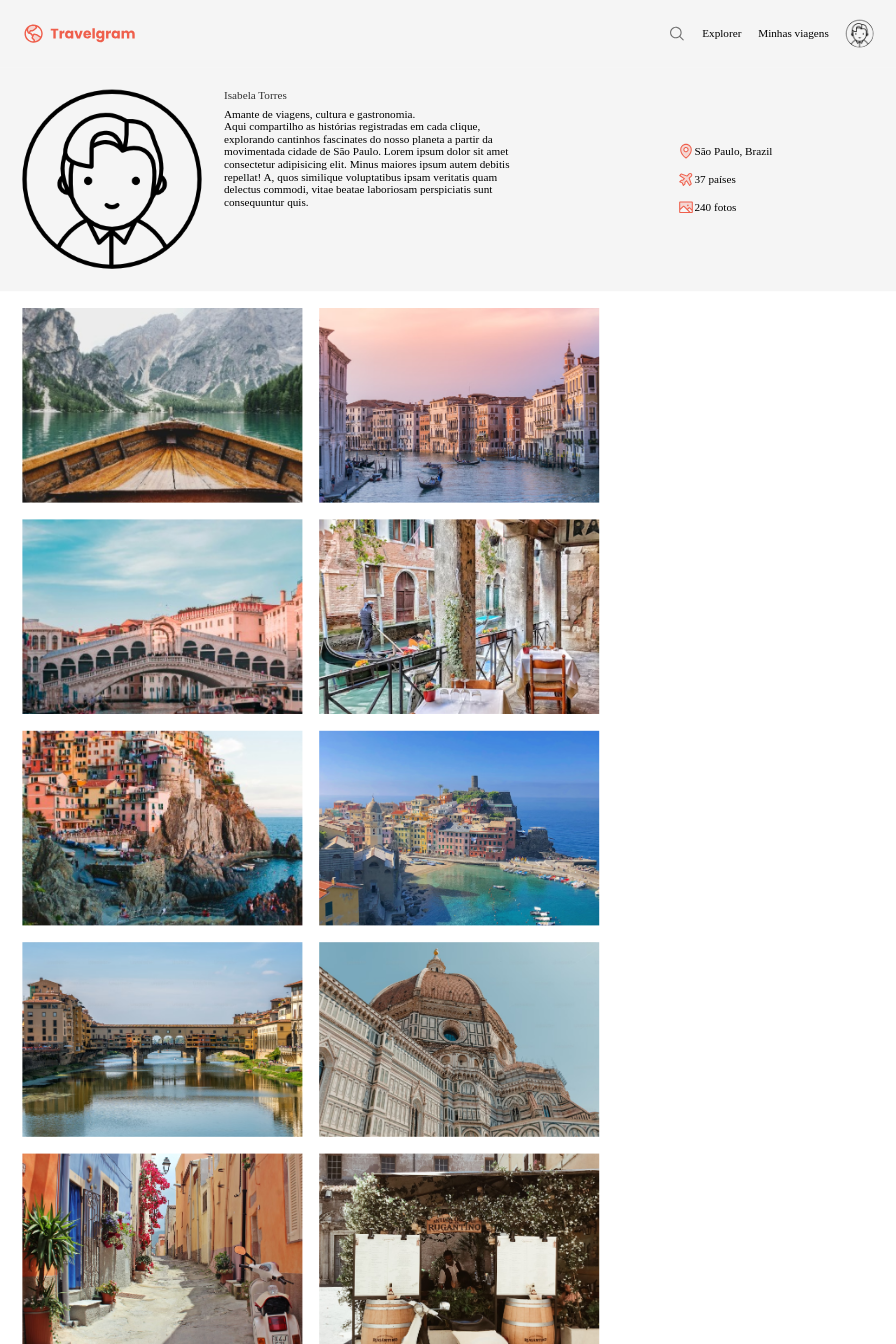
Repository: JeffRodFer/projeto-Travelgran-Rockeseat
Page: index.html
These files come from the project's save history. The page is drawn as it stood at one moment and after the next save; the edit follows.
The browser window is 1280 px wide. The pictures show the part of the page from y = 0 to 1920 px (the page is 2856 px tall before and 3832 px after), at 70% of full size.

Above is the page before, as saved 2025-03-22 16:58:38.

### index.html
<!DOCTYPE html>
<html lang="pt-br">
    <head>

        <link rel="preconnect" href="https://fonts.googleapis.com">
        <link rel="preconnect" href="https://fonts.gstatic.com" crossorigin>
        <meta charset="UTF-8">
        <meta name="viewport" content="width=device-width, initial-scale=1.0">
        <title>travelgran | Perfil de viagens</title>
        <link rel="stylesheet" href="styles/index.css">
        <link href="https://fonts.googleapis.com/css2?family=Bree+Serif&family=Poppins:wght@400;700&display=swap" rel="stylesheet">

    </head>
    <body>
         <div class="bg-surface-color">
                <nav class="container">
                        <a href="#" id="logo">
                        <img src="assets/Logo.svg" alt="logomarca">
                        </a>
                    <ul id="primary-menu">
                        <li>
                            <a href="#">
                                <img src="assets/icons/MagnifyingGlass.svg" alt="ícone de lupa">
                            </a>
                        </li>
                        <li><a href="#">Explorer</a></li>
                        <li><a href="#">Minhas viagens</a></li>
                        <li><a href="#">
                            <img src="assets/profi-pic-2.png" alt="foto de perfil do boy">
                            </a>
                        </li>
                    </ul
                    </nav>
         </div>
         <div class="bg-surface-color">
                <header>
                    <div class="container">
                        <div id="profile">
                            <img src="assets/profi-pic-2.png" alt="imagem do boy">
                             <div>
                                    <h1>Isabela Torres</h1>
                                    <p>
                                        Amante de viagens, cultura e gastronomia.<br> Aqui compartilho as histórias registradas em cada clique, explorando cantinhos fascinates do nosso planeta a partir da movimentada cidade de São Paulo. Lorem ipsum dolor sit amet consectetur adipisicing elit. Minus maiores ipsum autem debitis repellat! A, quos similique voluptatibus ipsam veritatis quam delectus commodi, vitae beatae laboriosam perspiciatis sunt consequuntur quis.
                                    </p>
                             </div>
                        </div>
                            <ul id="info">
                                <li>
                                    <img src="assets/icons/MapPin.svg" alt="ícone de mapa">
                                    <span>São Paulo, Brazil</span>
                                </li>
                                <li>
                                    <img src="assets/icons/AirplaneTilt.svg" alt="ícone de avião">
                                    <span>37 países</span>
                                </li>
                                <li>
                                    <img src="assets/icons/Image.svg" alt="ícone de fotos">
                                    <span>240 fotos</span>
                                </li>
                            </ul>
                    </div>
                </header>
        </div>
        <main class="container">
            <img src="assets/images/Image 01.png" alt="...">
            <img src="assets/images/Image 02.png" alt="...">
            <img src="assets/images/Image 03.png" alt="...">
            <img src="assets/images/Image 04.png" alt="...">
            <img src="assets/images/Image 05.png" alt="...">
            <img src="assets/images/Image 06.png" alt="...">
            <img src="assets/images/Image 07.png" alt="...">
            <img src="assets/images/Image 08.png" alt="...">
            <img src="assets/images/Image 09.png" alt="...">
            <img src="assets/images/Image 10.png" alt="...">
            <img src="assets/images/Image 11.png" alt="...">
            <img src="assets/images/Image 12.png" alt="...">
            <img src="assets/images/Image 13.png" alt="...">
            <img src="assets/images/Image 14.png" alt="...">
            <img src="assets/images/Image 15.png" alt="...">
        </main>
    </body>


</html>

### styles/global.css
* {
    margin: 0;
    padding: 0;
    box-sizing: border-box;
}
:root {
--brand-color: #ef5f4c;
--background-color: #ffffff;
--surface-color: #f5f5f5;
--skeleton-color: #d9d9d9;
--shape-transparent: #ffffff8f;
--text-color-primary: #313131;
--text-color-secondary: #6c6c6c:

--font-family: "Poppins" , sans-serif;
--text-lg: bold 32px/125% var(--font-family);
--text: 16px/1.5 var(--font-family);
--text-md: 14px/170% var(--font-family);
--text-sm: 12px/170% var(--font-family);

}
body {
    font: var(--text);
    color: var(--text-color-secondary);
    background-color: var(--background-color);
}
a {
    text-decoration: none;
    color: inherit;
}
a:hover {
    color: var(--brand-color);
    text-decoration: underline;
}

.container {
    padding-inline: 32px;
    margin-inline: auto;
}

.bg-surface-color {
    background-color: var(--surface-color);
}

### styles/nav.css
nav {
    display: flex;
    justify-content: space-between;
    align-items: center;

    line-height: 0;
    padding-block: 20px;

}

nav ul {
    display: flex;
    list-style: none;
    align-items: center;
    gap: 24px;

    padding-block: 8px;;
}

nav ul li:last-child img {
    width: 40px;
    height: 40px;
    object-fit: cover;
    border-radius: 50%;
}

### styles/header.css
header {
    padding-block: 32px;

    font: var(--text-md);

}

header .container {
    display: flex;
    justify-content: space-between;
    align-items: center;
}

#profile {
    display: flex;
    gap: 32px;
}

#profile > div {
    max-width: 420px;
}

#profile h1 {
    font: var(--text-lg);
    color: var(--text-color-primary);
    margin-bottom: 8px;
}

#info {
    display: flex;
    flex-direction: column;
    gap: 16px;

    width: 280px;
}
#info li {
    display: flex;
    align-items: center;
}

### styles/main.css
main {
    display: flex;
    flex-wrap: wrap;
    gap: 24px;
    padding-block: 24px;

}
main img {
    width: 400px;
    height: 278px;
    object-fit: cover;

}

Loaded but not shown: styles/index.css (common file)

After the next save:
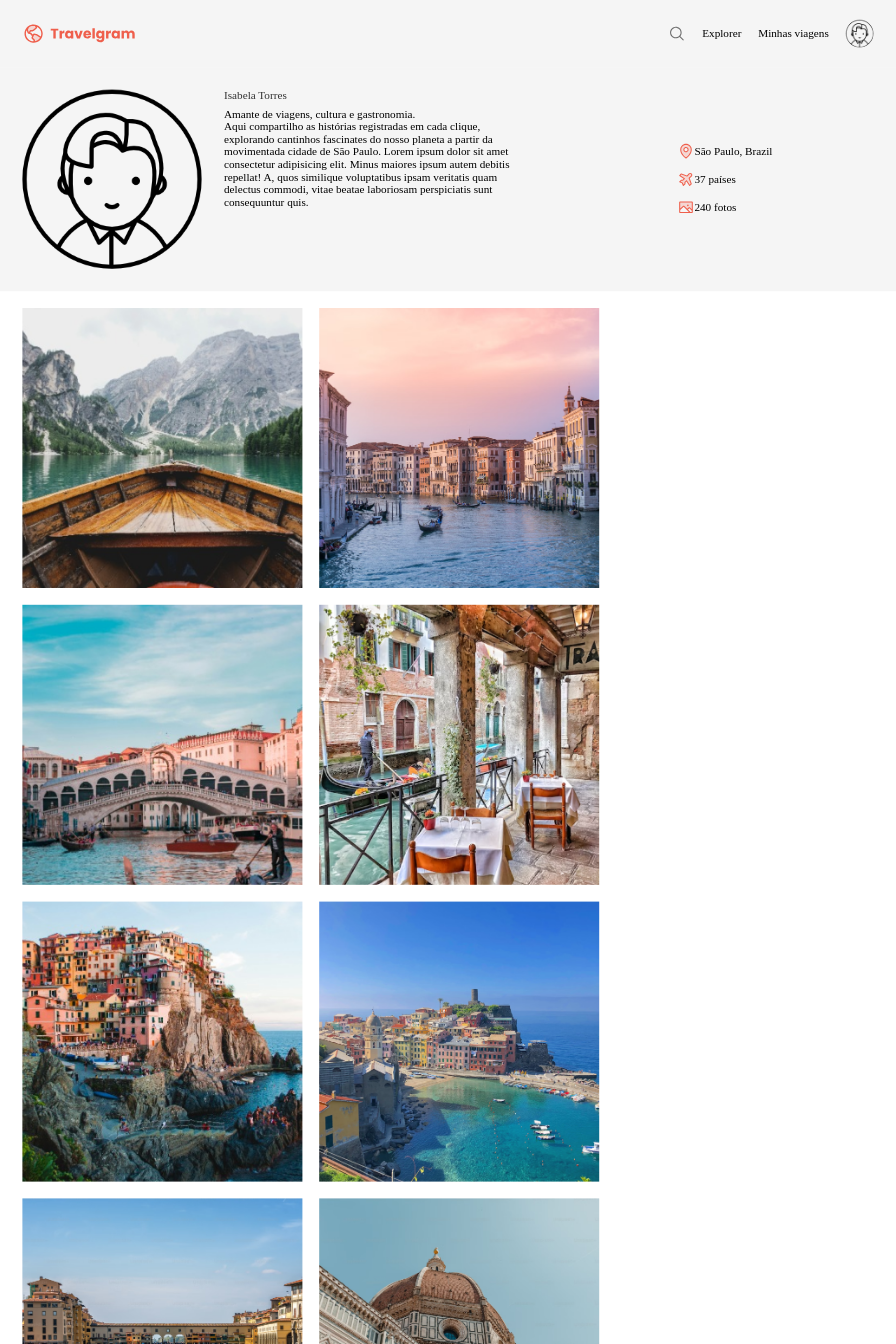
Saved 5 s later.
--- a/styles/main.css
+++ b/styles/main.css
@@ -7,7 +7,7 @@ main {
 }
 main img {
     width: 400px;
-    height: 278px;
+    height: 400px;
     object-fit: cover;
 
 }
